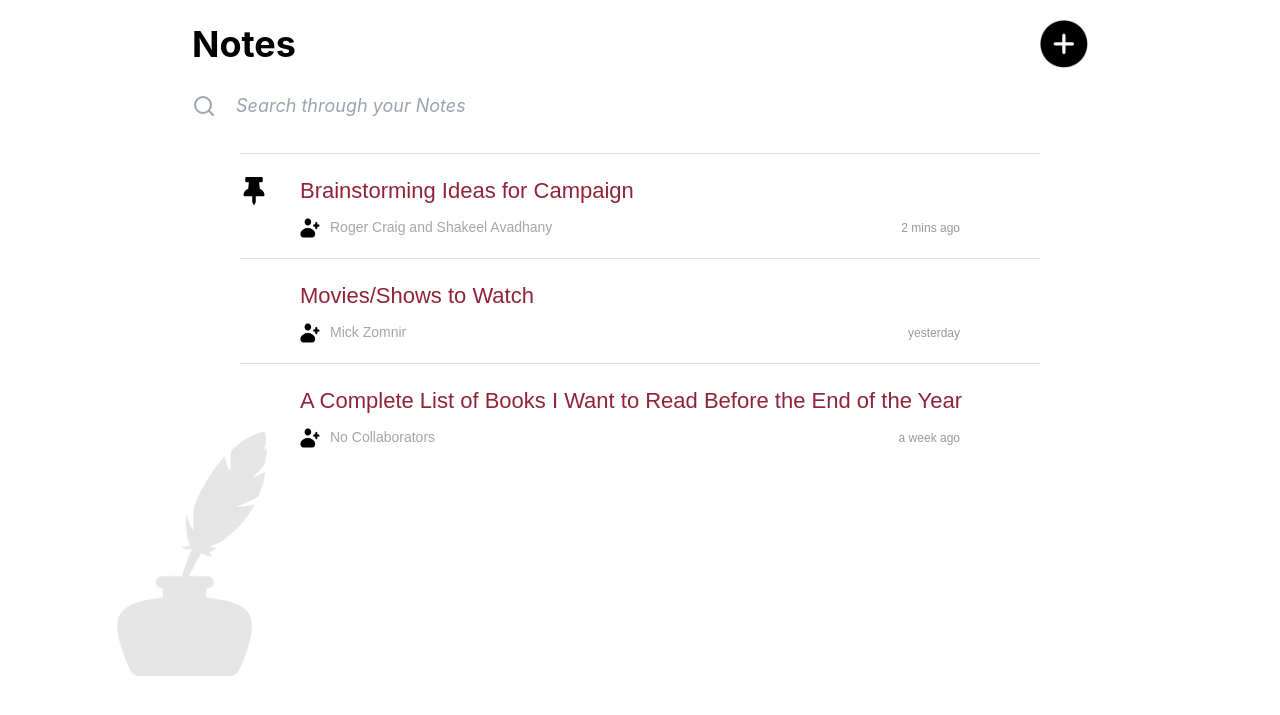
Repository: shabiasaeed/Notes-app
Page: /
An editor plug-in stored every save of this project. The page is shown before and after the next save, followed by the edit.
The browser window is 1280 px wide. The pictures show the whole page.
The project was rebuilt for these pictures with package versions that can differ from the ones it lists, and the page was loaded fresh each time. Also part of the build but not shown: src/components/Header.css.

Above is the page before, as saved 2025-01-01 17:57:03.

### src/App.js
import React, { useState } from 'react';
import Header from './components/Header';
import Note from './components/Note';
import './App.css';
import backgroundInk from './assets/ink-background-element.png';

//Component to handle the rendering of the header and note compnents
function App() {
  // Displaying few static notes
  const [notes, notesList] = useState([
    {
      title: "Brainstorming Ideas for Campaign",
      author: "Roger Craig and Shakeel Avadhany",
      time: "2 mins ago",
      pinned: true
    },
    {
      title: "Movies/Shows to Watch",
      author: "Mick Zomnir",
      time: "yesterday",
      pinned: false
    },
    {
      title: "A Complete List of Books I Want to Read Before the End of the Year",
      author: "No Collaborators",
      time: "a week ago",
      pinned: false
    }
  ]);

  function handleDelete(title){
    notesList(notes.filter( note => note.title !== title))
  }

  function handlePinToggle(title){
    notesList(prevNotes => prevNotes.map(note => note.title === title ? { ...note, pinned: !note.pinned } : note));
  };

  // Search state
  const [searchNotes, setSearchNotes] = useState('');

  // Filter notes based on search
  const filteredNotes = notes.filter(note => note.title.toLowerCase().includes(searchNotes.toLowerCase()));

  // Pinned notes to appear at the top
  const sortedNotes = filteredNotes.sort((a, b) => b.pinned - a.pinned);

  return (
    <div className="App">
      <Header setSearchNotes={setSearchNotes}/>
      <main>
        <img src={backgroundInk} alt="Ink Element" className="ink-element"/>
        {sortedNotes.map((note, index) => (
          <Note key={index} title={note.title} author={note.author} time={note.time} pinned={note.pinned} onDelete={handleDelete} onPinToggle={handlePinToggle}/>
        ))}
      </main>
    </div>
  );
}

export default App;

### src/components/Header.js
import React from 'react';
import './Header.css';
import addButton from '../assets/add-button.png';
import { FiSearch } from 'react-icons/fi';

// Component to handle the display of the application's header section
const Header = ({ setSearchNotes }) => {
  return (
    <header className="p-5 flex flex-col items-center">
      <div className="flex items-center justify-between w-full max-w-4xl">
        <h1 className="text-4xl font-bold text-black">Notes</h1>
        <button className="bg-transparent border-none cursor-pointer">
          <img src={addButton} alt="Add" className="w-12 h-12"/>
        </button>
      </div>
      <div className="flex items-center w-full max-w-4xl mt-4">
        <FiSearch className="w-6 h-6 text-gray-400 mr-3" />
        <input type="text" placeholder="Search through your Notes" className="flex-grow border-none outline-none p-2 text-lg italic placeholder-gray-400" onChange={(e) => setSearchNotes(e.target.value)}/>
      </div>
    </header>
  );
};

export default Header;

### src/components/Note.js
import React, { useState } from 'react';
import './Note.css';
import userIcon from '../assets/user-icon.png';
import { FiTrash } from 'react-icons/fi';
import { FaThumbtack } from 'react-icons/fa';
import { TbPinned } from 'react-icons/tb';

//Component to handle the display of the note's section
const Note = ({ title, author, time, pinned, onDelete, onPinToggle }) => {
  const [isHovered, setIsHovered] = useState(false); //State for checking whether the note is hovered


  return (
    <div className="note" onMouseEnter={() => setIsHovered(true)} onMouseLeave={() => setIsHovered(false)}>
      <div className={`note-header ${pinned ? 'pinned' : 'unpinned'}`}>
      {pinned ? (<FaThumbtack className="pin-icon" onClick={() => onPinToggle(title)}/>) : (isHovered && (<TbPinned className="pin-icon" onClick={() => onPinToggle(title)}/>))}
        <h2>{title}</h2>
        {isHovered && (<FiTrash className="delete-icon" onClick={() => onDelete(title)}/>)}
      </div>
      <div className="note-footer">
        <img src={userIcon} alt="User" className="user-icon"/>
        <p>{author}</p>
        <span>{time}</span>
      </div>
    </div>
  );
};

export default Note;

### src/App.css
main {
  padding: 5px;
  position: relative;
  display: flex;
  flex-direction: column;
  align-items: center;
  font-family: Arial, sans-serif;
}

/* Styling for background element */
.ink-element {
  position: fixed;
  top: 60%;
  left: 15%;
  transform: translateX(-50%);
  z-index: -1;
  width: 150px;
}

### src/components/Note.css
/* Styling for notes */
.note {
    padding: 20px;
    border-top: 1px solid #ddd;
    position: relative;
    display: flex;
    flex-direction: column;
    width: 100%;
    max-width: 800px;
    margin: 0 auto;
}

.note-header {
    display: flex;
    align-items: center;
    padding-left: 30px;
}

.note-header h2 {
    margin: 0 0 0 10px;
    font-size: 22px;
    color: #912338;
}

.pin-icon {
    width: 28px;
    height: 28px;
    position: absolute;
    left: 0;
    cursor: pointer;
}

.note-footer {
    display: flex;
    align-items: center;
    margin-top: 10px;
    padding-left: 40px;
    position: relative;
}

.note-footer img {
    width: 20px;
    height: 20px;
    margin-right: 10px;
}

.note-footer p {
    margin: 0;
    font-size: 14px;
    color: #a6a6a6;
}

.note-footer span {
    margin-left: auto;
    font-size: 12px;
    color: #999;
    margin-right: 60px;
}

/* Styling for delete icon */
.delete-icon {
    cursor: pointer;
    position: absolute;
    right: 10px;
}

Loaded but not shown: public/index.html (common file); src/index.js (common file); src/index.css (common file); src/reportWebVitals.js (common file); tailwind.config.js (common file)

After the next save:
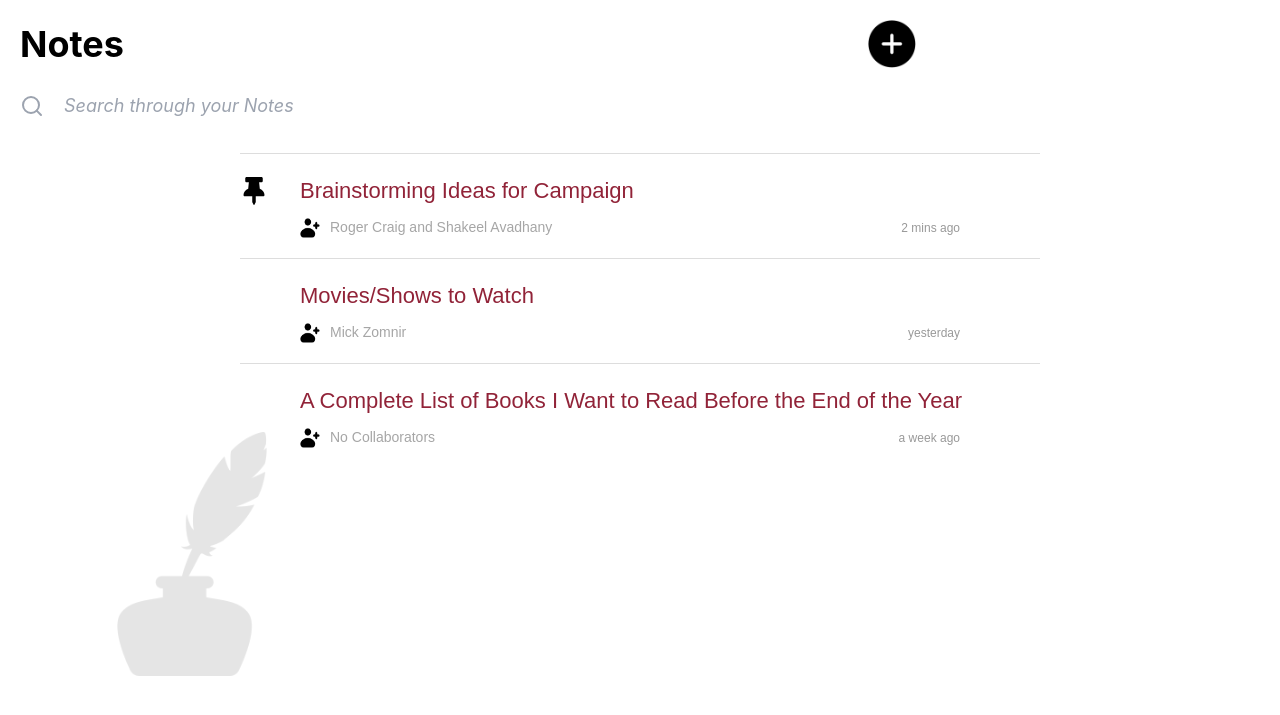
Saved 5 s later.
--- a/src/components/Header.js
+++ b/src/components/Header.js
@@ -6,7 +6,7 @@ import { FiSearch } from 'react-icons/fi';
 // Component to handle the display of the application's header section
 const Header = ({ setSearchNotes }) => {
   return (
-    <header className="p-5 flex flex-col items-center">
+    <header className="p-5 flex-col items-center">
       <div className="flex items-center justify-between w-full max-w-4xl">
         <h1 className="text-4xl font-bold text-black">Notes</h1>
         <button className="bg-transparent border-none cursor-pointer">
